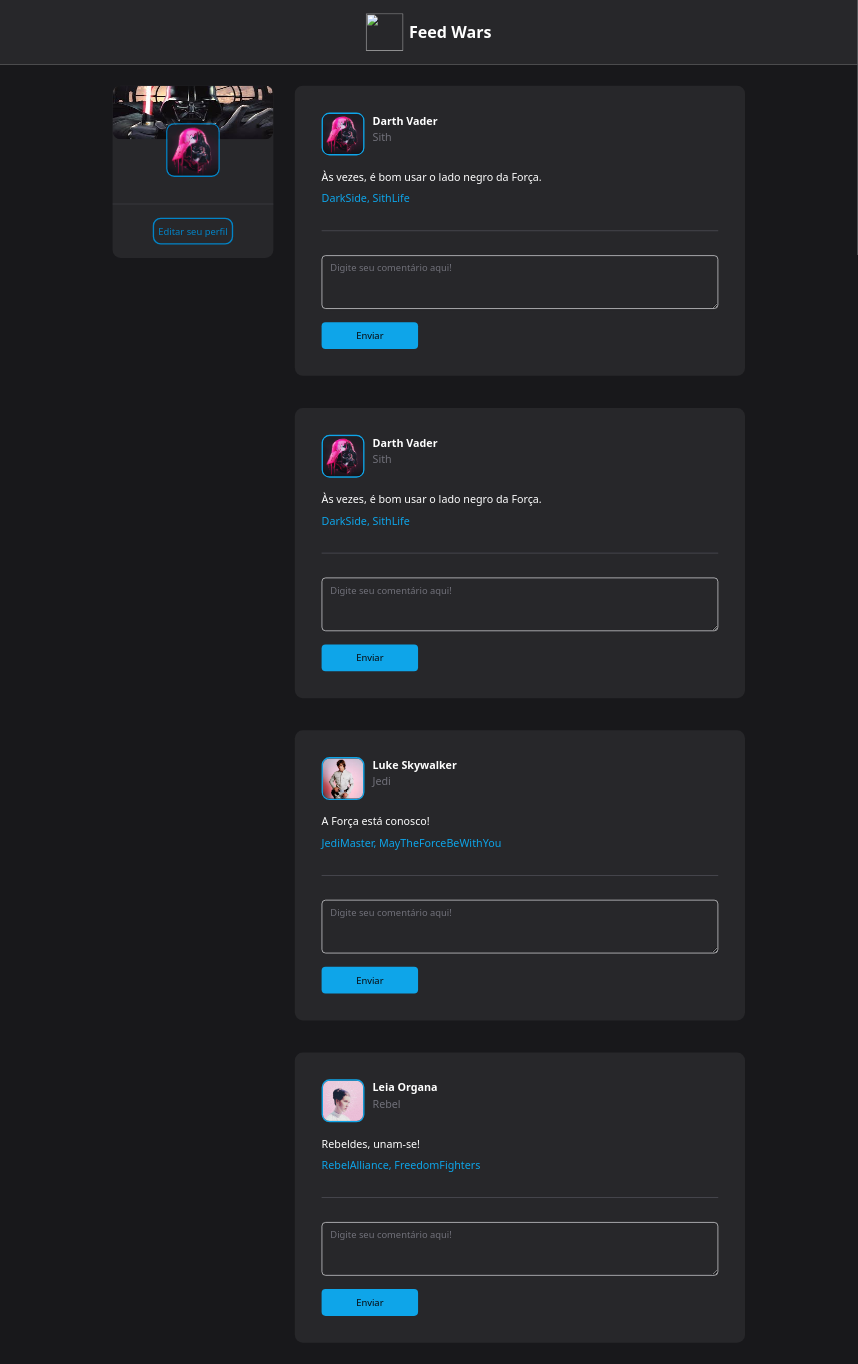
Repository: Brendadosanjos/FeedWars
Page: /
These files come from the project's save history. The page is drawn as it stood at one moment and after the next save; the edit follows.
The browser window is 1280 px wide. The pictures show the whole page, at 67% of full size.
The page's requests for data from a server got no answer. The project was rebuilt for these pictures with package versions that can differ from the ones it lists, and the page was loaded fresh each time. No one was signed in, and anything a server would have sent is missing. Requests to the local data server were answered from the project's data file. Also part of the build but not shown: vite.config.ts.

Above is the page before, as saved 2024-11-13 14:07:42.

After the next save:
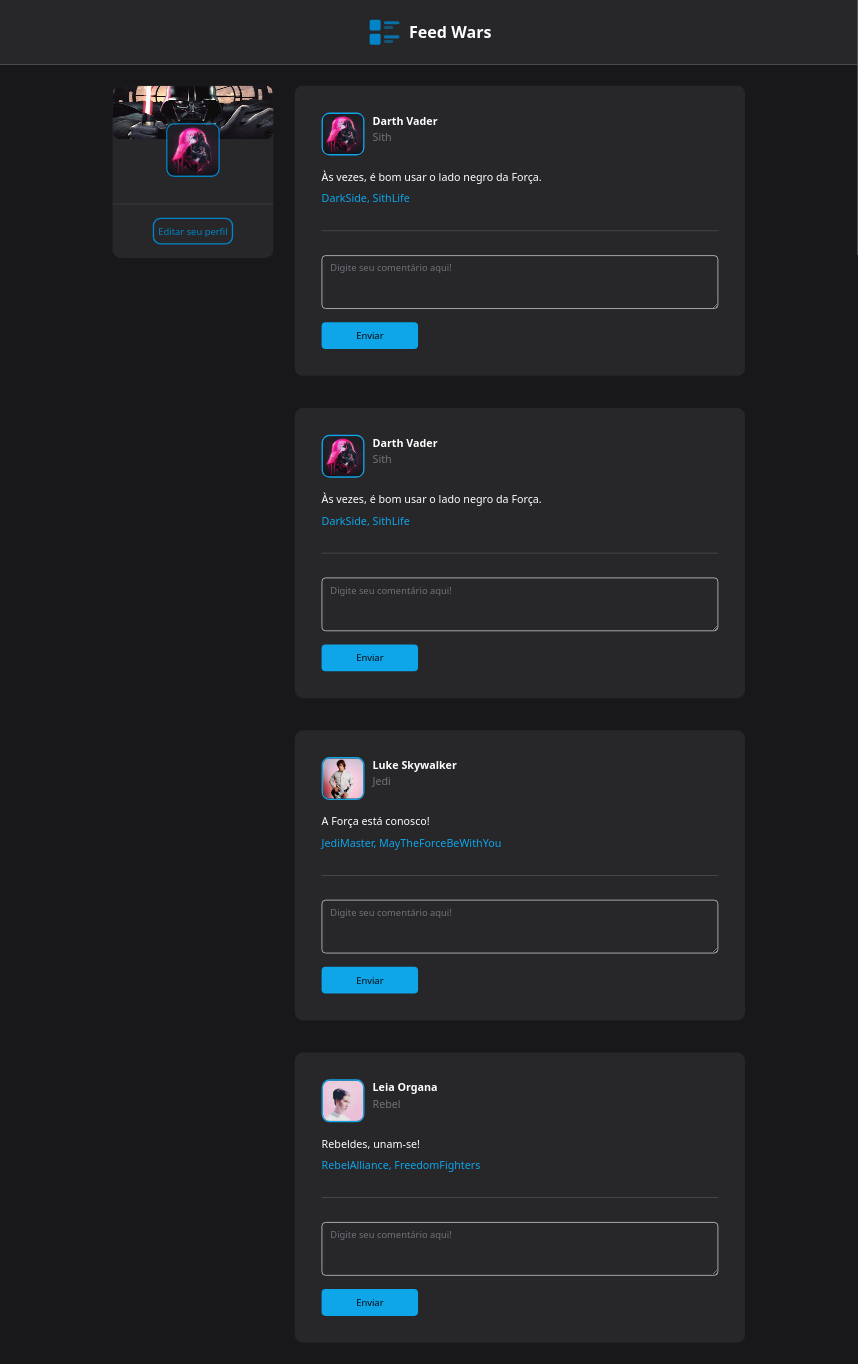
Saved 5 s later.
--- a/src/components/Title.tsx
+++ b/src/components/Title.tsx
@@ -2,7 +2,7 @@
     return(
         <>
         <div className="flex bg-zinc-800 justify-center items-center h-24 w-screen text-2xl text-white font-bold gap-2 ">
-        <img src="" alt="" className="size-14"/>
+        <img src="public/logo.d936f60f.svg" alt="" className="size-14"/>
         <h1>Feed Wars</h1>
         </div>
         </>
